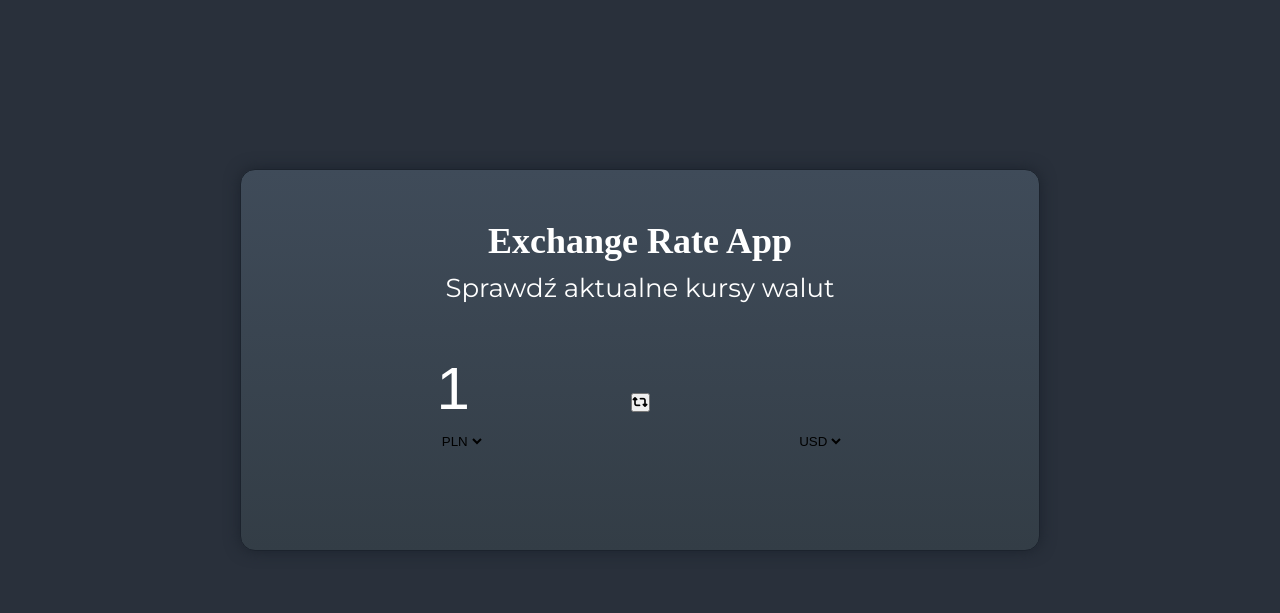
Repository: KrzysKolo/Projekt-6_Kantor
Page: index.html
An editor plug-in stored every save of this project. The page is shown before and after the next save, followed by the edit.
The browser window is 1280 px wide. The pictures show the whole page.
Some web fonts or font styles are not loaded; a fallback is used. Some web libraries are served in a nearby version.

Above is the page before, as saved 2020-07-12 06:14:38.

### index.html
<!DOCTYPE html>
<html lang="en">
  <head>
    <meta charset="UTF-8" />
    <meta name="viewport" content="width=device-width, initial-scale=1.0" />
    <title>Kantor</title>
    <link
      href="https://fonts.googleapis.com/css2?family=Montserrat:wght@200;400&family=Niconne&family=Vibes&display=swap"
      rel="stylesheet"
    />
    <script
      src="https://kit.fontawesome.com/327a0d490c.js"
      crossorigin="anonymous"
    ></script>

    <link rel="stylesheet" href="./css/style.css" />
  </head>
  <body>
    <div class="wrapper">
      <h1>Exchange Rate App</h1>
      <p>Sprawdź aktualne kursy walut</p>
      <div class="app-body">
        <div class="section-left">
          <input type="number" class="amount-one" value="1" />
          <select name="currency-one">
            <option value="PLN" selected>PLN</option>
            <option value="USD">USD</option>
            <option value="GBP">GBP</option>
            <option value="EUR">EUR</option>
            <option value="CHF">CHF</option>
            <option value="JPY">JPY</option>
          </select>
        </div>
        <button class="swap">
          <i class="fas fa-retweet"></i>
        </button>
        <div class="section-right">
          <input type="number" class="amount-two" disabled />
          <select name="currency-two">
            <option value="PLN">PLN</option>
            <option value="USD" selected>USD</option>
            <option value="GBP">GBP</option>
            <option value="EUR">EUR</option>
            <option value="CHF">CHF</option>
            <option value="JPY">JPY</option>
          </select>
        </div>
      </div>
      <p class="rate-info"></p>
    </div>
    <script src="./js/index.js"></script>
  </body>
</html>

### css/style.css
* {
  box-sizing: border-box;
  margin: 0;
  padding: 0;
}
body {
  display: flex;
  justify-content: center;
  align-items: center;
  height: 100vh;

  background-color: #29303b;
}
.wrapper {
  padding: 50px;
  width: 800px;
  background-image: linear-gradient(#3f4b59, #333d46);
  color: #fff;
  text-align: center;
  border: 1px solid #1c232d;
  border-radius: 15px;
  box-shadow: 0 0 15px #1c232d;
}
.wrapper h1 {
  margin-bottom: 10px;
  font-size: 36px;
  font-family: "Vibes", cursive;
}
.wrapper p {
  margin-bottom: 50px;
  font-size: 26px;

  font-family: "Montserrat", sans-serif;
}
.app-body {
  display: flex;
  justify-content: center;
  align-items: center;
}
.section-left,
.section-right {
  display: flex;
  flex-direction: column;
  align-items: center;
}
.app-body input {
  margin-bottom: 10px;
  width: 100%;
  font-size: 60px;
}
.app-body input,
.app-body select {
  color: #fff;
  border: none;
  background: none;
  text-align: center;
}
.app-body select {
  color: #000;
}

Loaded but not shown: js/index.js (no copy from this time; the picture is the same without it)

After the next save:
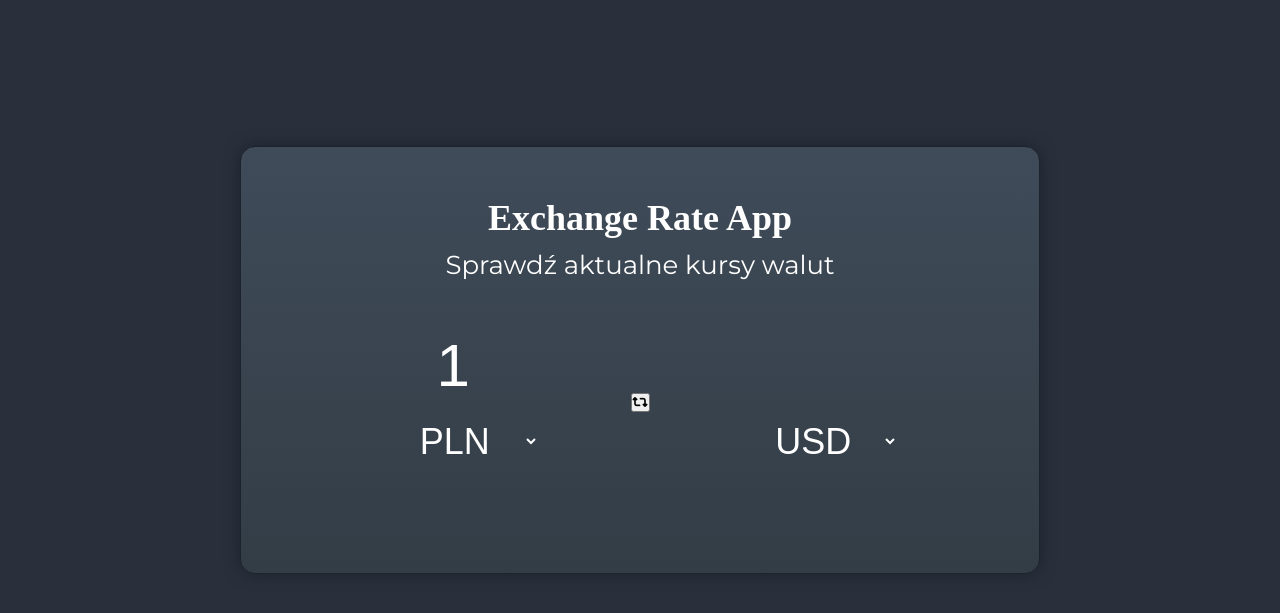
Saved 3 min 38 s later.
--- a/css/style.css
+++ b/css/style.css
@@ -56,5 +56,12 @@ body {
   text-align: center;
 }
 .app-body select {
-  color: #000;
+  padding: 10px 30px;
+  font-size: 36px;
+  cursor: pointer;
 }
+.app-body input:focus,
+.app-body select:focus {
+  outline: none;
+  color: rgb(67, 171, 255);
+}
